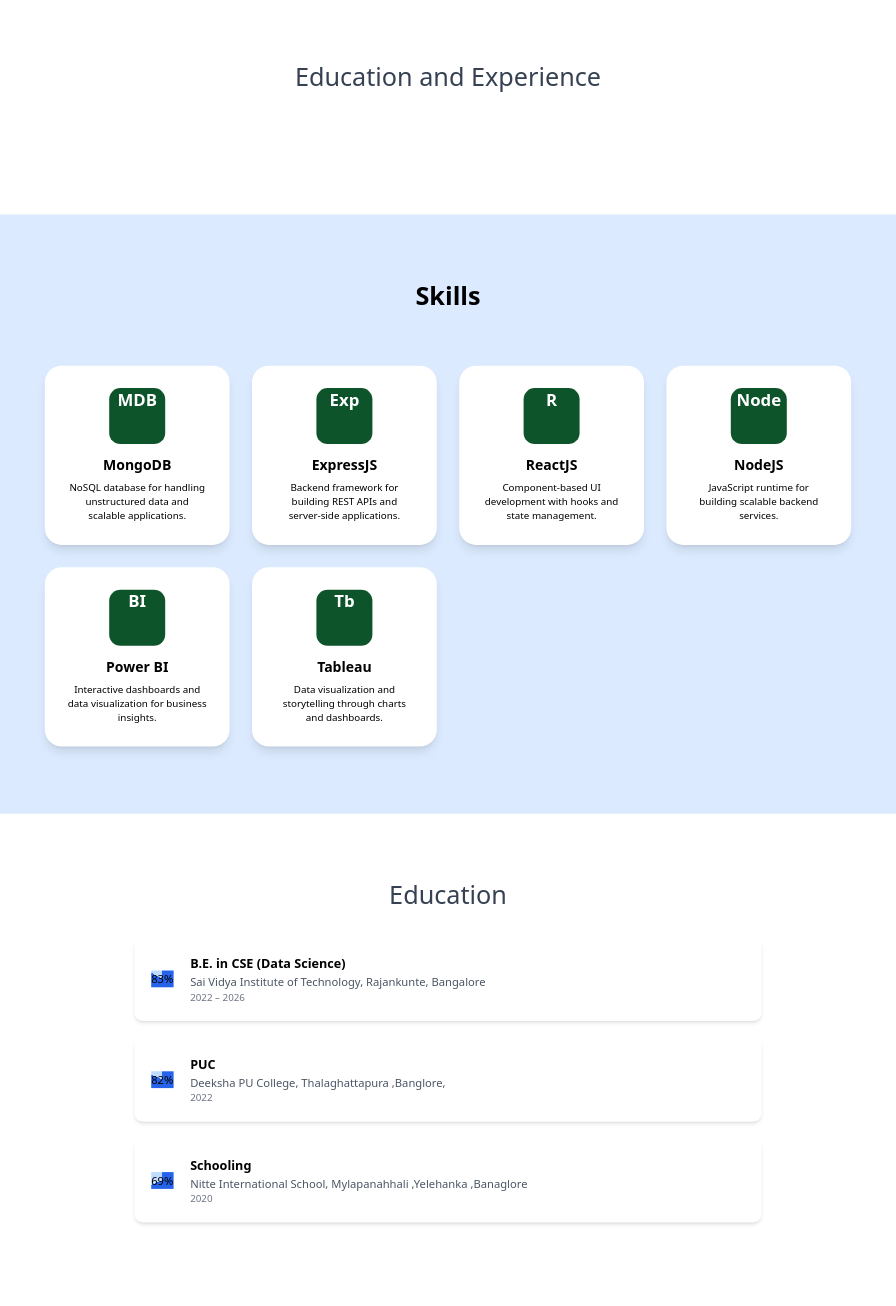
Repository: Rhaashee/myProfile
Page: index.html
An editor plug-in stored every save of this project. The page is shown before and after the next save, followed by the edit.
The browser window is 1280 px wide. The pictures show the part of the page from y = 1999 to 3919 px (the page is 3865 px tall before and 3919 px after), at 70% of full size.

Above is the page before, as saved 2026-04-29 16:37:26.
Console error: SyntaxError: Identifier 'projectsData' has already been declared

After the next save:
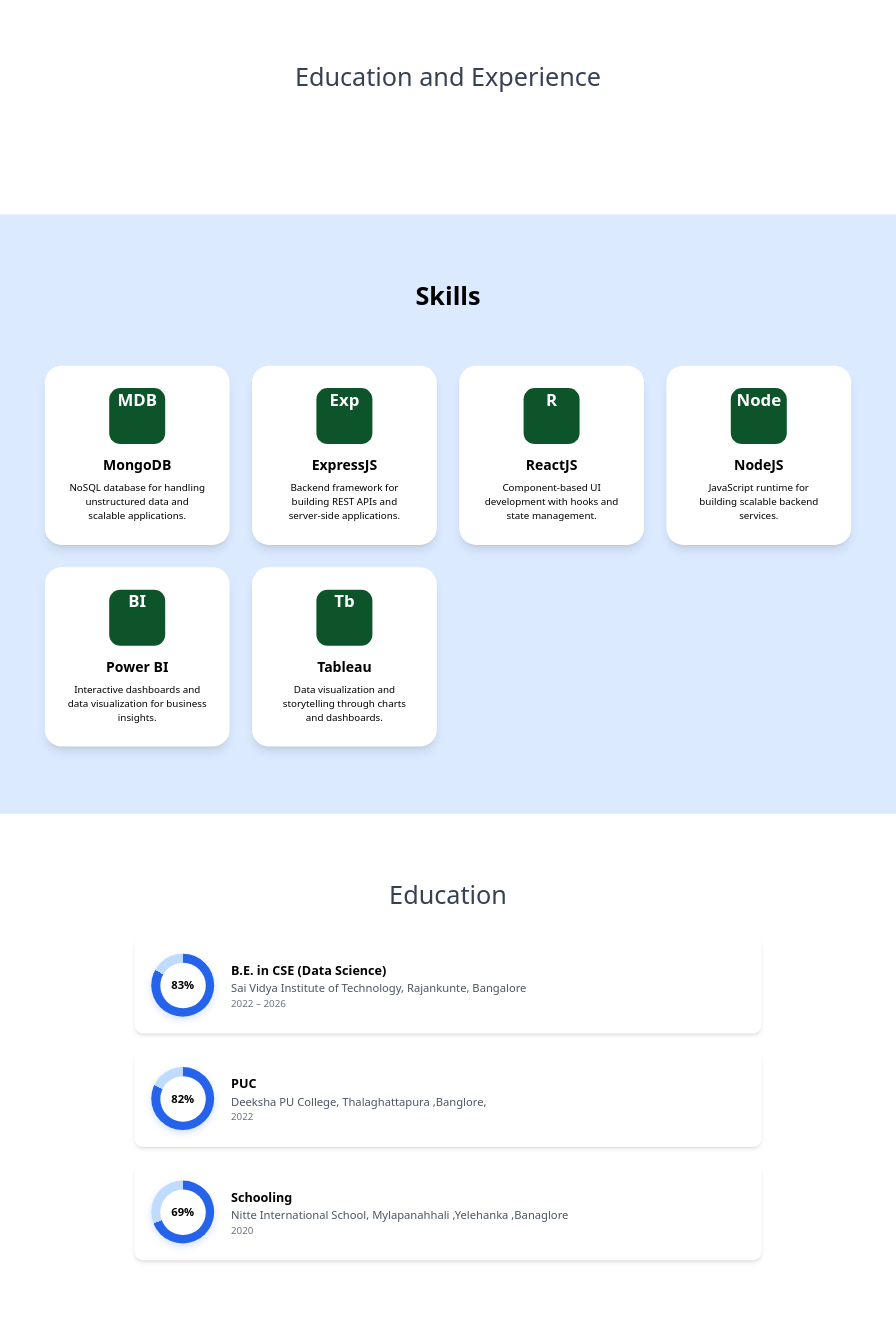
Saved 17 s later.
--- a/css/custom.css
+++ b/css/custom.css
@@ -26,3 +26,27 @@
   -webkit-box-orient: vertical;
   overflow: hidden;
 }
+.progress-circle {
+  width: 90px;
+  height: 90px;
+  border-radius: 50%;
+  display: flex;
+  align-items: center;
+  justify-content: center;
+  box-shadow: 0 4px 10px rgba(37, 99, 235, 0.2);
+}
+
+.inner-circle {
+  width: 65px;
+  height: 65px;
+  background: white;
+  border-radius: 50%;
+  display: flex;
+  align-items: center;
+  justify-content: center;
+  font-weight: bold;
+}
+
+.dark .inner-circle {
+  background: #eff6ff;
+}
